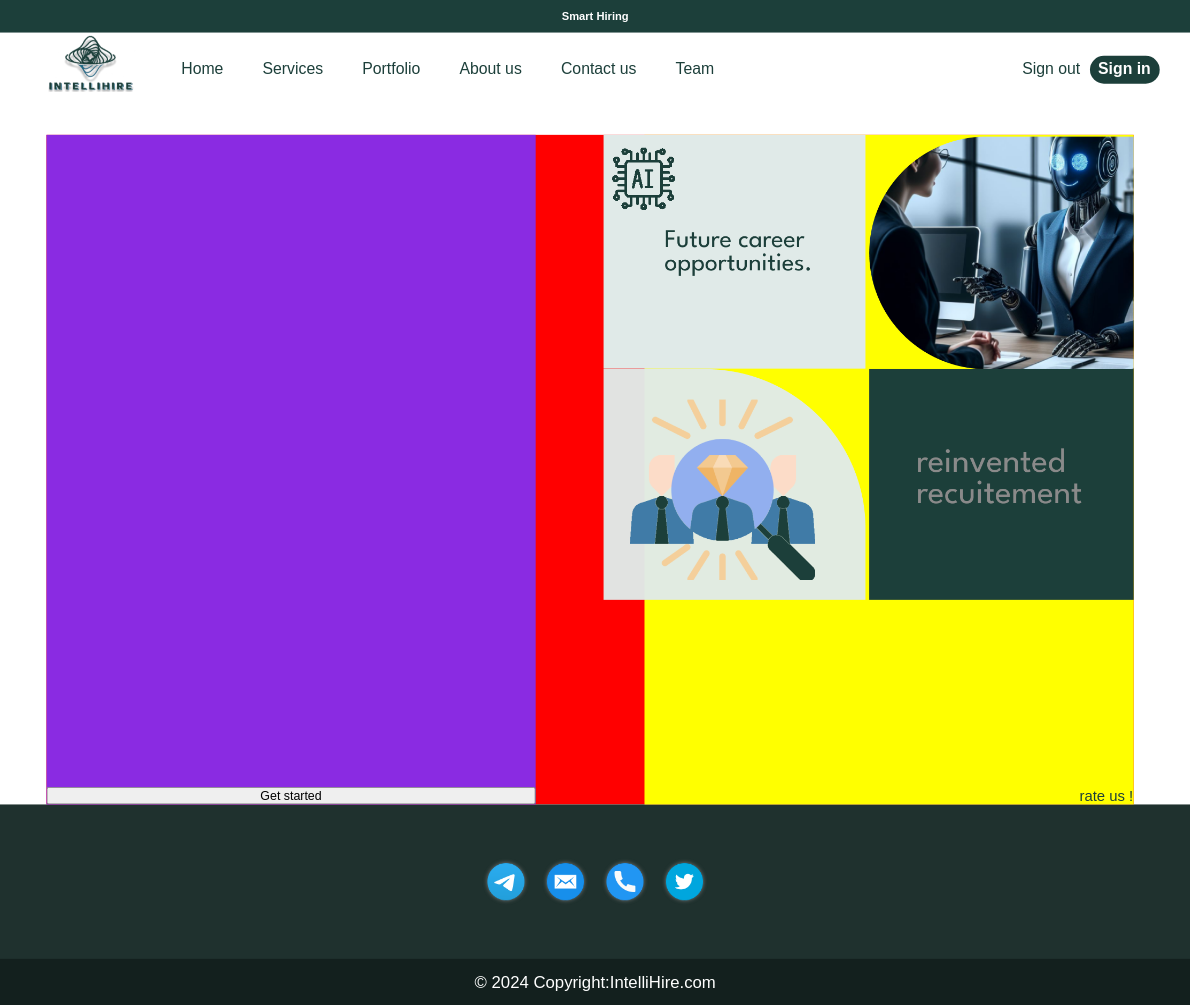
Repository: arijkl/Projet-PFA
Page: HomePage.html
These files come from the project's save history. The page is drawn as it stood at one moment and after the next save; the edit follows.
The browser window is 1280 px wide. The pictures show the whole page, at 93% of full size.

Above is the page before, as saved 2024-04-21 21:50:33.

After the next save:
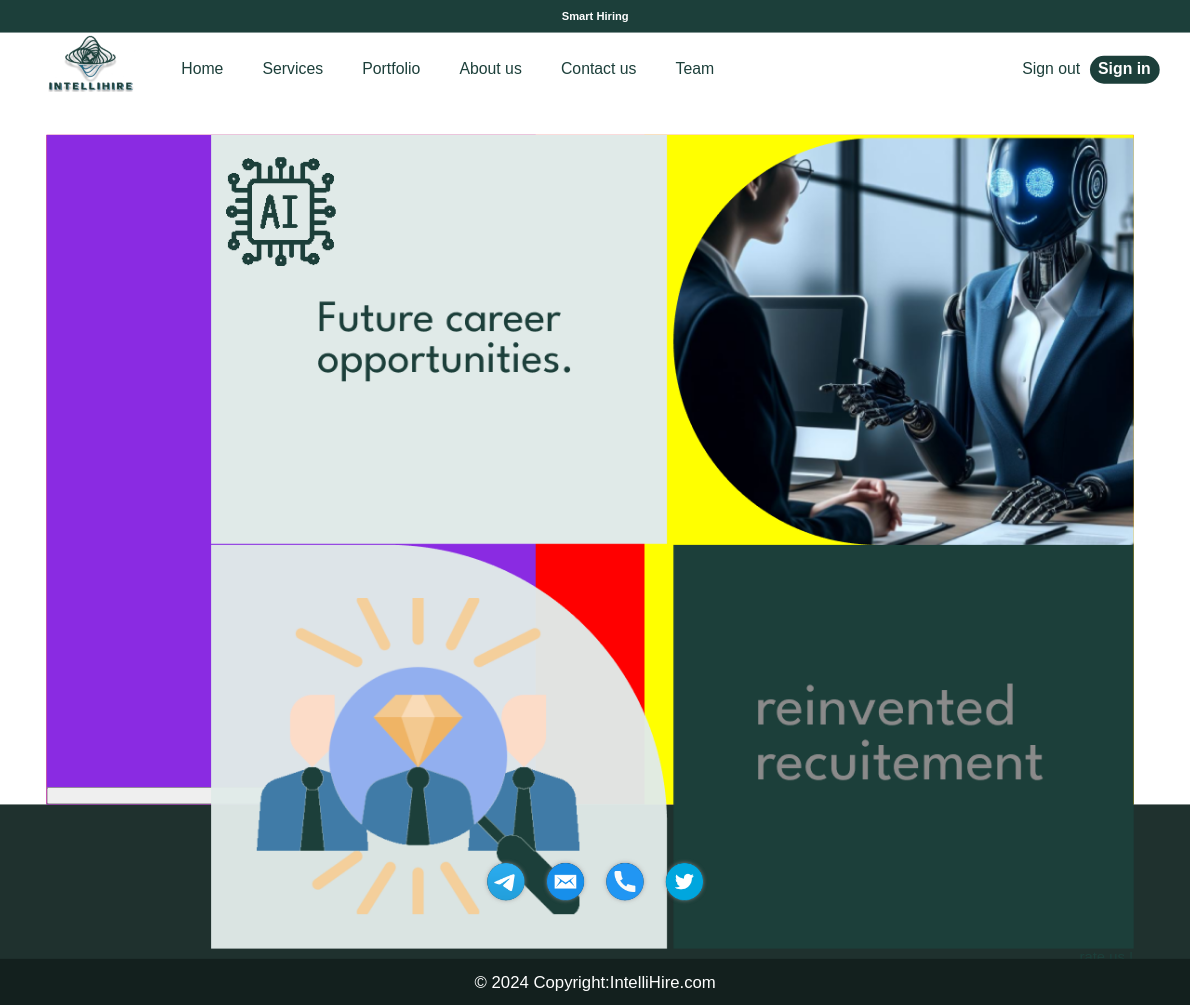
Saved 4 min 53 s later.
--- a/HomePage.css
+++ b/HomePage.css
@@ -142,7 +142,7 @@
     justify-content:space-between;
     align-items:flex-end;
 }
-.right-container img{
+.imgRight{
 
     height:500px;
     width:570px;

After the save that followed:
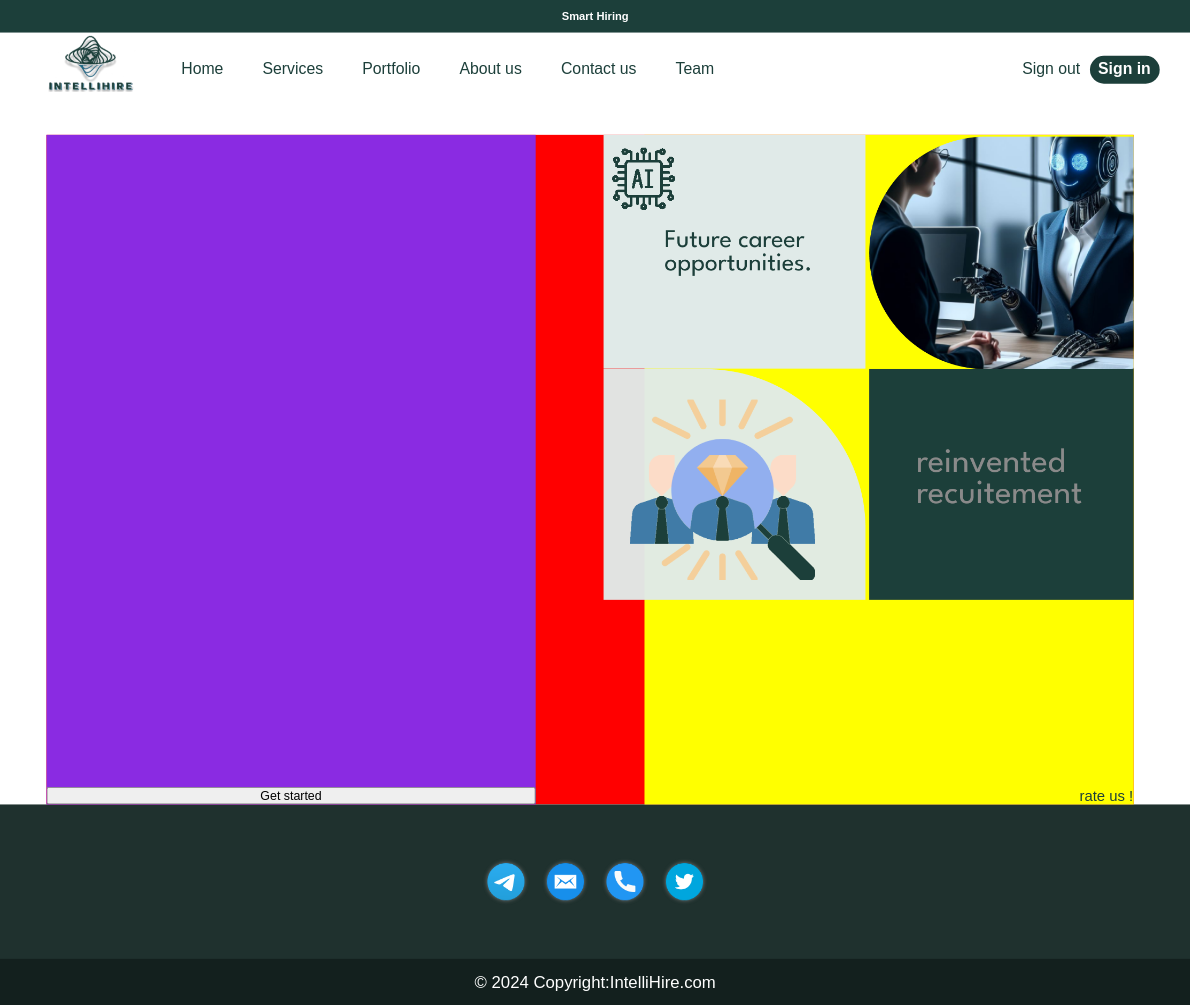
Saved 18 s later.
--- a/HomePage.css
+++ b/HomePage.css
@@ -142,7 +142,7 @@
     justify-content:space-between;
     align-items:flex-end;
 }
-.imgRight{
+.right-container img{
 
     height:500px;
     width:570px;
